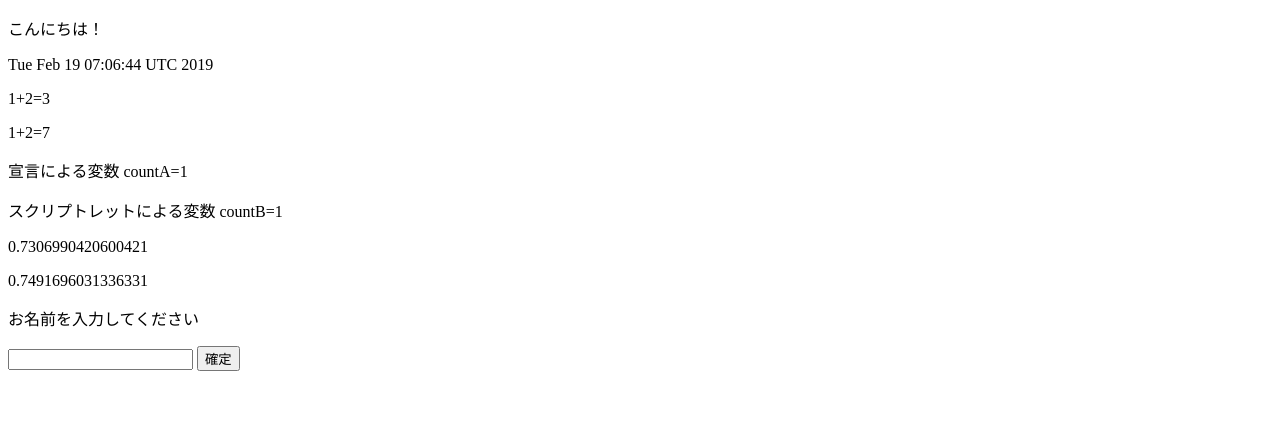
Repository: user-yo-yo/test
Page: http://localhost/HelloJSP/
The author's editor kept a copy of each file at every save. The page is drawn from the files as they stood at one save, then again after the next save.
The browser window is 1280 px wide. The pictures show the whole page.
The page is served by Tomcat 9.

Above is the page before, as saved 2019-03-29 01:41:23.

### HelloJSP/WebContent/index.jsp
<%@ page language="java" contentType="text/html; charset=UTF-8"
    pageEncoding="UTF-8"%>
<!DOCTYPE html>
<html>
<head>
<meta charset="UTF-8">
<title>TEST</title>
</head>
<body>
	<p>こんにちは！</p>
	<% out.println(new java.util.Date()); %>
	<%!
		static int add(int a,int b){
		return a+b;
	}
	%>
	<p>1+2=<%=add(1,2) %></p>
	<p>1+2=<%=add(3,4) %></p>
	<%! static int countA=0; %>
	<%
		int countB=0;
		countA++;
		countB++;
	%>

	<p>宣言による変数 countA=<%=countA %></p>
	<p>スクリプトレットによる変数 countB=<%=countB %></p>

	<p><% out.println(Math.random());%></p>
	<p><%=Math.random() %></p>

	<p>お名前を入力してください</p>
		<form method="post" action="greeting-out.jsp">
			<input type="text" name="user">
			<input type="submit" value="確定">
		</form>
</body>
</html>

After the next save:
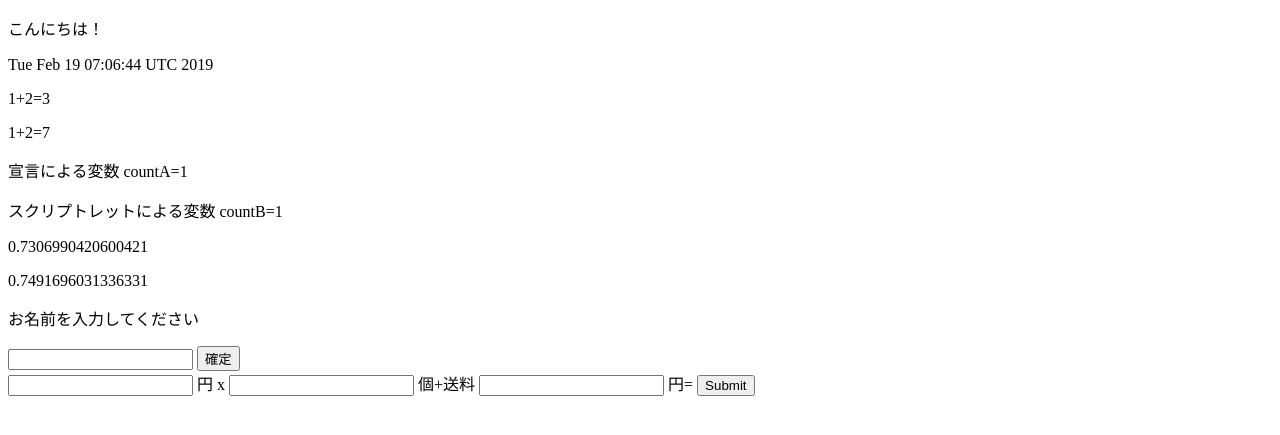
Saved 4 min 5 s later.
--- a/HelloJSP/WebContent/index.jsp
+++ b/HelloJSP/WebContent/index.jsp
@@ -34,5 +34,15 @@
 			<input type="text" name="user">
 			<input type="submit" value="確定">
 		</form>
+
+	<form method="post" action="total-out.jsp">
+		<input type="text" name="price">
+		円 x
+		<input type="text" name="count">
+		個+送料
+		<input type="text" name="derivery">
+		円=
+		<input type="submit" name="計算">
+	</form>
 </body>
 </html>
